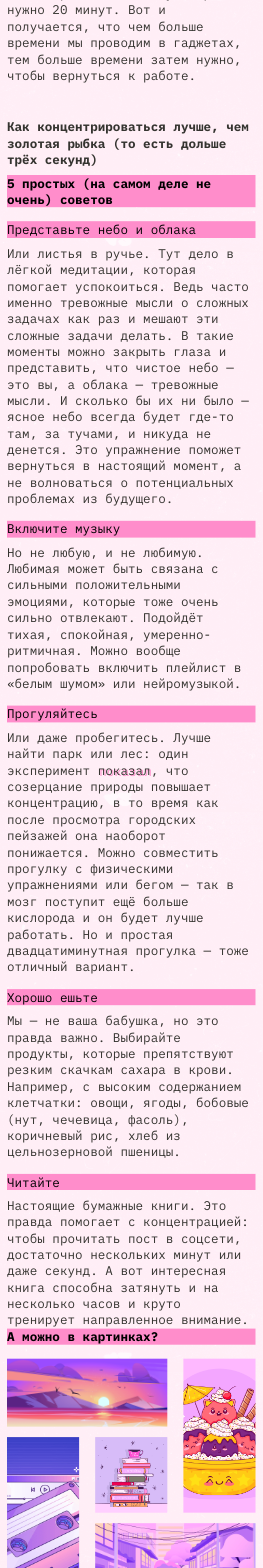
Repository: Hadoooouken/slozhno-sosredotochitsya
Page: index.html
The author's editor kept a copy of each file at every save. The page is drawn from the files as they stood at one save, then again after the next save.
The browser window is 375 px wide. The pictures show the part of the page from y = 2840 to 5080 px (the page is 6033 px tall before and 6043 px after), at 70% of full size.
Backgrounds fixed to the window are drawn as part of the page.

Above is the page before, as saved 2024-01-24 22:05:21.

After the next save:
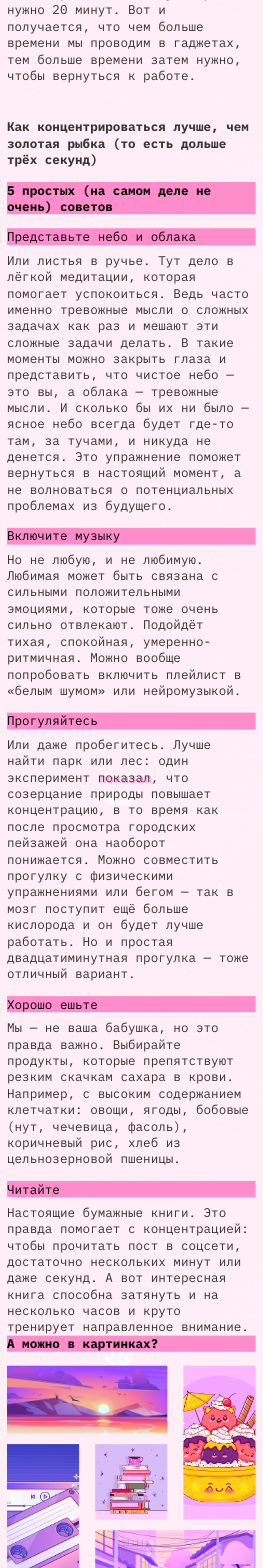
Saved 30 s later.
--- a/styles/style.css
+++ b/styles/style.css
@@ -415,6 +415,6 @@
   }
 
   .concentration__title {
-    margin-block-start: 10px;
-  }
-}
+    margin-block-start: 20px;
+  }
+}
